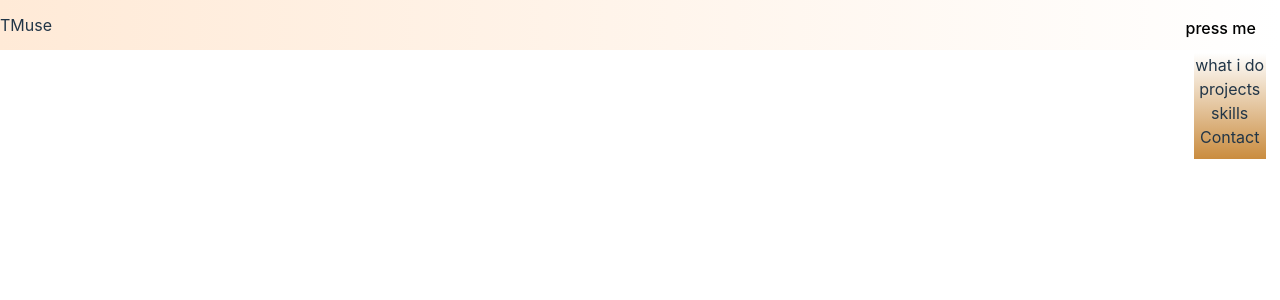
Repository: TMuse333/real-estate-landingpage
Page: /
The author's editor kept a copy of each file at every save. The page is drawn from the files as they stood at one save, then again after the next save.
The browser window is 1280 px wide. The pictures show the whole page.
The project was rebuilt for these pictures with package versions that can differ from the ones it lists, and the page was loaded fresh each time. Also part of the build but not shown: vite.config.js.

Above is the page before, as saved 2023-09-19 15:59:32.

### src/App.jsx
import { useState } from 'react'

import './App.css'

import Navbar from './components/navbar'

function App() {


  return (
    <>
    <Navbar/>
    </>
  )
}

export default App

### src/App.css
.header-container{
  display: flex;
  justify-content: space-between;
  align-items: center;
  width: 100vw;
  position: fixed;
  top: 0px;
  background: linear-gradient(to right, #ffead7, #ffffff);
  height: 50px;
  z-index: 10000;

 }

 .nav-list{

  list-style: none;
padding: 0;
  padding-bottom: 10px; /* Remove any default padding */
  margin: 0;
  transform: translate(15px,60px);
  width: 55%;
  background: linear-gradient( #ffffff, #ca8c3f);
}

.list-container {
  position: relative;
  display: flex;
  flex-direction: column;
  align-items: center; /* Vertically center-align the items */
  text-align: center; /* Horizontally center-align the text within li elements */
}

.nav-button{
  margin-right: 20px;
  transform: translate(1rem,3.5rem);
  background-color: transparent;
}

### src/components/navbar.jsx
import React, { useState,useEffect } from 'react';




const Navbar = () => {
  const [subMenuVisible, setSubMenuVisible] = useState(false);

  const toggleSubMenu = () => {
    setSubMenuVisible(!subMenuVisible);
  };

  const scrollToSection = (sectionId) => {

    const element = document.getElementById(sectionId);
    if (element) {

      element.scrollIntoView({
        behavior: 'smooth', // Smooth scrolling
        block: 'start',    // Scroll to the top of the element
      });
    }
  }

  useEffect(() => {
    // Function to update sub-menu visibility when the screen width changes
    const handleResize = () => {
      const screenWidth = window.innerWidth;
      setSubMenuVisible(screenWidth >= 415); // Set subMenuVisible to true if screen width is at least 415 pixels
    };

    // Add a resize event listener to update the sub-menu visibility
    window.addEventListener('resize', handleResize);

    // Initial call to set sub-menu visibility based on current screen width
    handleResize();

    // Clean up the event listener when the component unmounts
    return () => {
      window.removeEventListener('resize', handleResize);
    };
  }, []);

  const style = {

    opacity: subMenuVisible ? 1 : 0
    ,

  };

  return (
    <div className='header-container'>
      <div className='logo'>TMuse</div>
      <div className='list-container'>
        <button onClick={toggleSubMenu} className='nav-button'>
          press me
        </button>
        <ul style={style} className='nav-list'>

          <li onClick={()=>scrollToSection('about')}>what i do</li>



          <li onClick={()=>scrollToSection('projects')}>projects</li>


          <li onClick={()=>scrollToSection('skills')}>skills</li>



          <li onClick={()=>scrollToSection('contact')}> Contact</li>

        </ul>
      </div>
    </div>
  );
};

export default Navbar;

Loaded but not shown: index.html (common file); src/main.jsx (common file); src/index.css (common file)

After the next save:
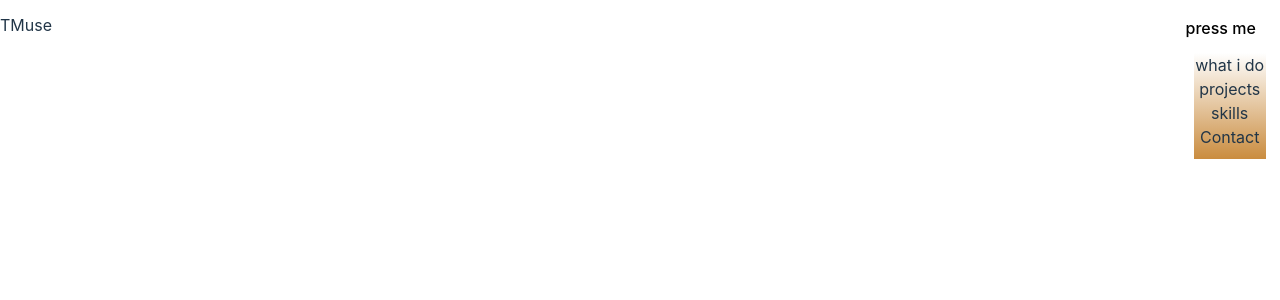
Saved 4 s later.
--- a/src/App.css
+++ b/src/App.css
@@ -5,7 +5,7 @@
   width: 100vw;
   position: fixed;
   top: 0px;
-  background: linear-gradient(to right, #ffead7, #ffffff);
+  background: linear-gradient(to right, #ffffff, #ffffff);
   height: 50px;
   z-index: 10000;
 
